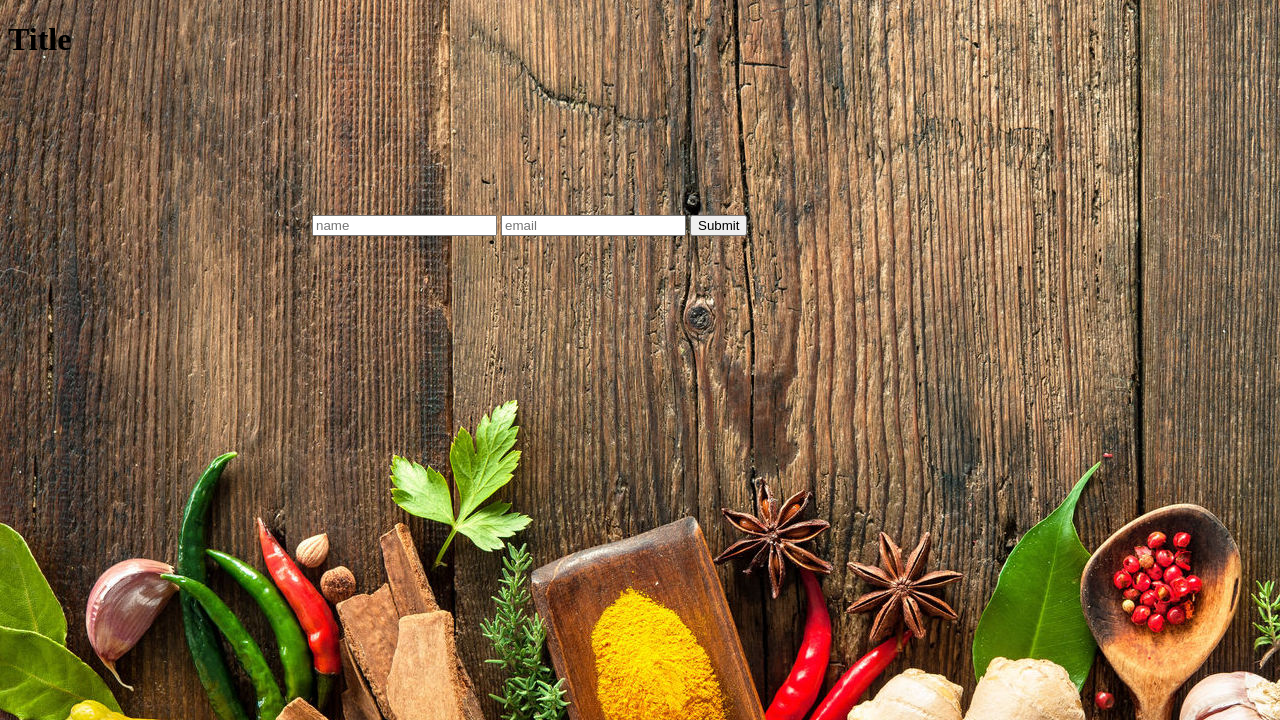
Repository: 43320888/upwork
Page: index.html
The author's editor kept a copy of each file at every save. The page is drawn from the files as they stood at one save, then again after the next save.
The browser window is 1280 px wide. The pictures show the whole page.

Above is the page before, as saved 2019-01-16 12:29:43.

After the next save:
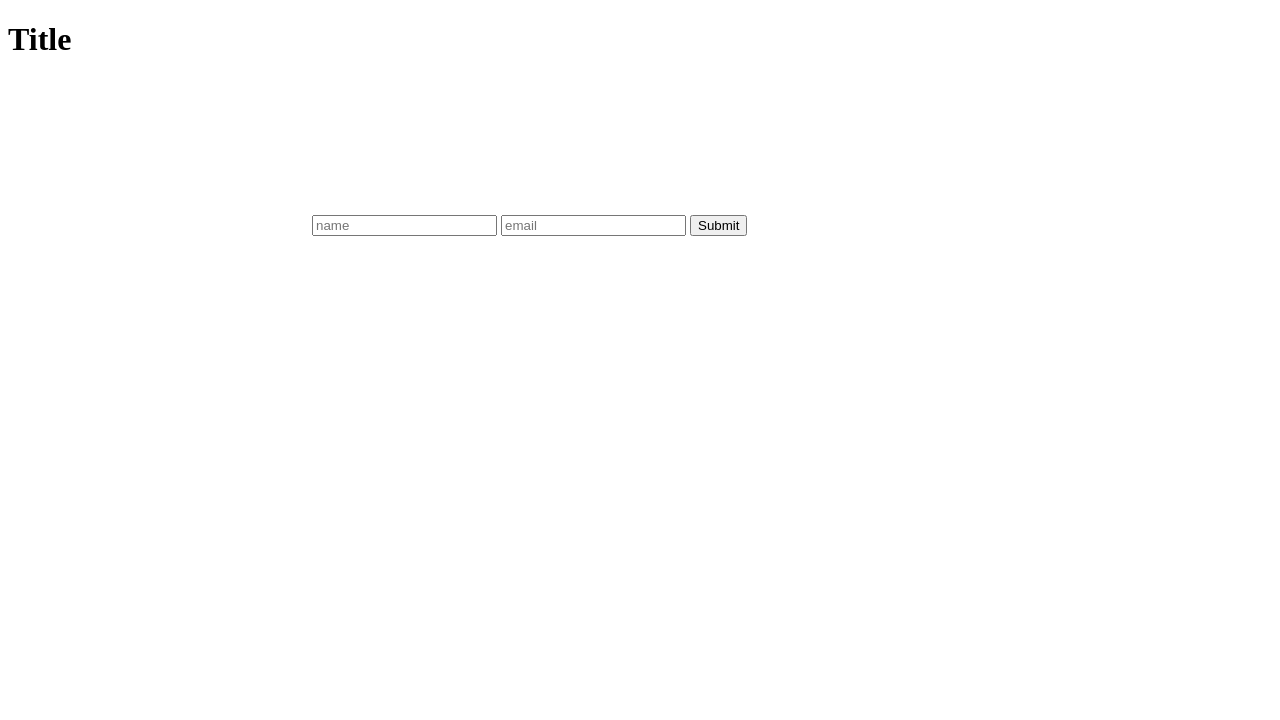
Saved 43 s later.
--- a/style.css
+++ b/style.css
@@ -1,4 +1,8 @@
-body {
+.spin-table {
+	height: 100%;
 	background: #000;
 	background-image: url(images/Covers.jpg);
 }
+.spin-table > div {
+	margin-left: 50%
+}

After the 3 saves that followed:
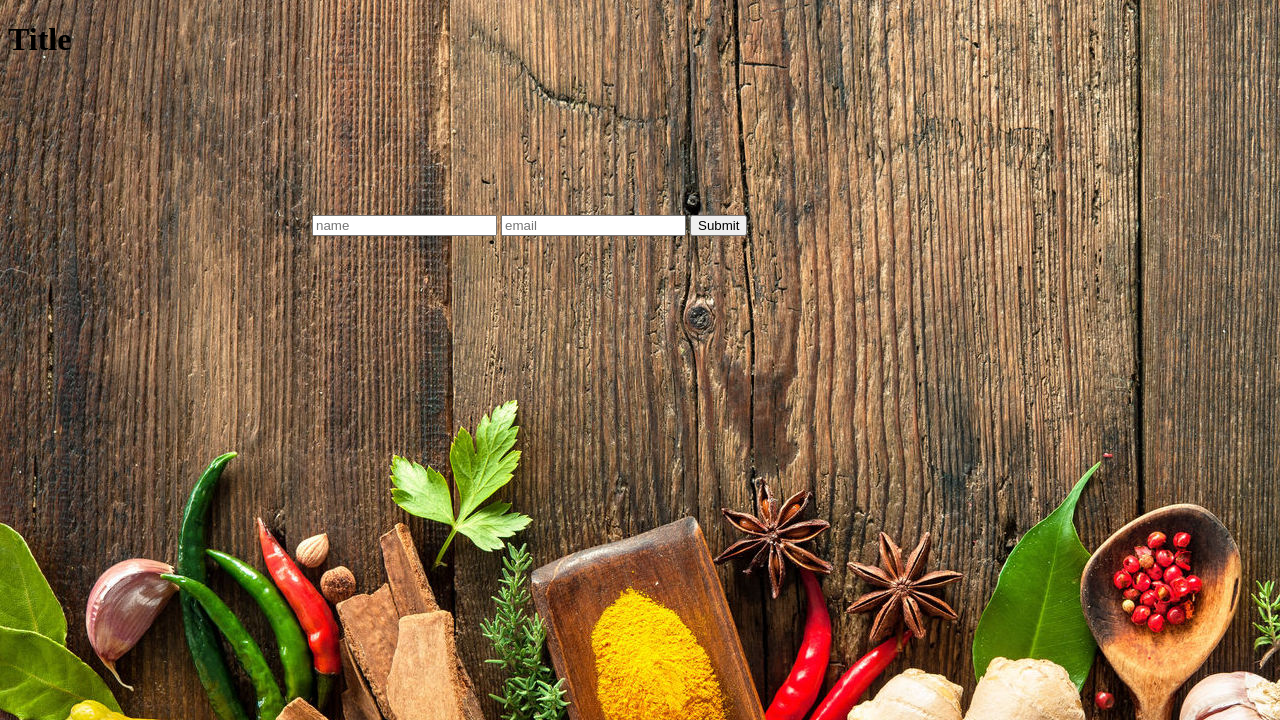
The 3 saves are shown as one change because 2 left the picture as it was.
The last was saved 55 s later.
--- a/index.html
+++ b/index.html
@@ -8,7 +8,7 @@
 	<script src="script.js"></script>
 	<title>Spin wheel</title>
 </head>
-<body>
+<body class="spin-table">
 	<div>
 		<h1>Title</h1>
 		<canvas></canvas>
--- a/style.css
+++ b/style.css
@@ -3,6 +3,6 @@
 	background: #000;
 	background-image: url(images/Covers.jpg);
 }
-.spin-table > div {
-	margin-left: 50%
-}
+/*.spin-table > div {
+	margin-left: 50%;
+}*/
